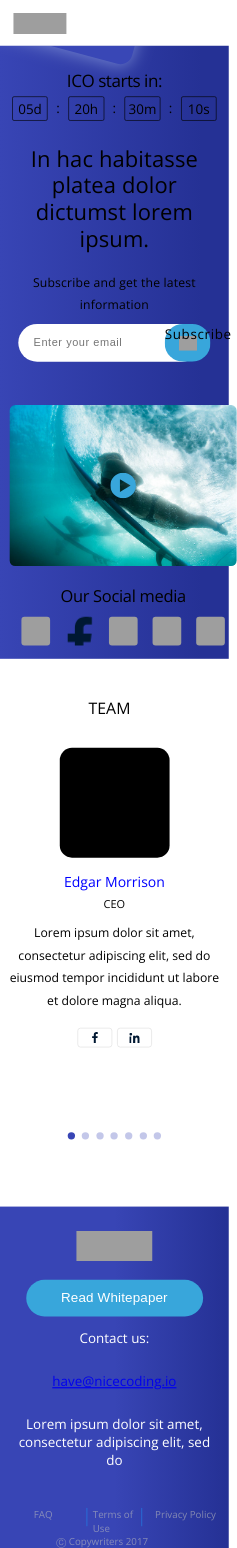
Repository: McGregorSt/newOne
Page: index.html
An editor plug-in stored every save of this project. The page is shown before and after the next save, followed by the edit.
The browser window is 375 px wide. The page is 388 px wide, so the pictures cover 388 px, including what lies to the right of the window. The pictures show the whole page, at 61% of full size.
Pictures or frames that could not be fetched are drawn as grey boxes.

Above is the page before, as saved 2019-12-18 09:20:55.

### index.html
<!DOCTYPE html>
<html lang="en">
<head>
  <meta charset="UTF-8">
  <meta name="viewport" content="width=device-width, initial-scale=1.0">
  <meta http-equiv="X-UA-Compatible" content="ie=edge">
  <link rel="stylesheet" href="css/style.css">
  <link href="https://fonts.googleapis.com/css?family=Open+Sans:300,300i,400,400i,600,600i,700,700i,800,800i&display=swap" rel="stylesheet">
  <script
  src="https://code.jquery.com/jquery-3.4.1.js"
  integrity="sha256-WpOohJOqMqqyKL9FccASB9O0KwACQJpFTUBLTYOVvVU="
  crossorigin="anonymous"></script>
  <title>Ethworks</title>
</head>
<body>
    <section class="modal">
      <div class="modal__content">
        <iframe src="" frameborder="0" id="youtube"></iframe>
        <div class="overlay"></div>
      </div>
    </section>
    <section class="header">
      <div class="header__logo"></div>
      <ul class="header__menu">
        <li class="header__menu__item"><a href="#">Home</a></li>
        <li class="header__menu__item"><a href="#">Team</a></li>
        <li class="header__menu__item"><a href="#">Contact</a></li>
      </ul>
    </section>
    <section class="main">
        <div class="wrapper">
        <div class="subs">
          <div class="subs__timer">
            <span class="subs__timer__header">ICO starts in:</span>
            <div class="subs__timer__global">
              <div class="subs__timer__item subs__timer__item__dd">05d</div>
              <div class="subs__timer__item">:</div>
              <div class="subs__timer__item subs__timer__item__hh">20h</div>
              <div class="subs__timer__item">:</div>
              <div class="subs__timer__item subs__timer__item__mm">30m</div>
              <div class="subs__timer__item">:</div>
              <div class="subs__timer__item subs__timer__item__ss">15s</div>
            </div>
          </div>
          <div class="subs__article">In hac habitasse platea dolor dictumst lorem ipsum.</div>
          <div class="subs__email">
            <span class="subs__email__header">Subscribe and get the latest information</span>
            <div class="subs__email__content">
              <input type="email" class="subs__email__input" placeholder="Enter your email">
              <div class="subs__email__button">Subscribe</div>
            </div>
          </div>
        </div>

      <div class="media">
        <div class="media__media">
          <div class="media__player">
            <svg xmlns="http://www.w3.org/2000/svg" width="24" height="24" viewBox="0 0 24 24"><path d="M12 0c-6.627 0-12 5.373-12 12s5.373 12 12 12 12-5.373 12-12-5.373-12-12-12zm-3 18v-12l10 6-10 6z"/></svg>
          </div>
          <div class="media__social">
            <span class="media__social__header">Our Social media</span>
            <div class="media__social__items">
              <div class="media__social__item media__social__tt"></div>
              <div class="media__social__item media__social__fb"></div>
              <div class="media__social__item media__social__md"></div>
              <div class="media__social__item media__social__gh"></div>
              <div class="media__social__item media__social__mail"></div>
            </div>
          </div>
        </div>
    </div>
    </div>
    <div class="subs__subs"></div>
    </section>
    <section class="team">
      <div class="team__header">TEAM</div>
      <div class="team__cards">
        <div class="team__card">
          <div class="team__card__photo"></div>
          <div class="team__card__name">Edgar Morrison</div>
          <div class="team__card__title">CEO</div>
          <div class="team__card__description">Lorem ipsum dolor sit amet, consectetur adipiscing elit, sed do eiusmod tempor incididunt ut labore et dolore magna aliqua. </div>
          <div class="team__card__social">
            <div class="card__social__fb"></div>
            <div class="card__social__in"></div>
          </div>
        </div>
        <div class="team__card">
          <div class="team__card__photo"></div>
          <div class="team__card__name">Mae Martin</div>
          <div class="team__card__title">CTO</div>
          <div class="team__card__description">Lorem ipsum dolor sit amet, consectetur adipiscing elit, sed do eiusmod tempor incididunt ut labore et dolore magna aliqua. </div>
          <div class="team__card__social">
            <div class="card__social__fb"></div>
            <div class="card__social__in"></div>
          </div>
        </div>
        <div class="team__card">
          <div class="team__card__photo"></div>
          <div class="team__card__name">David Banks</div>
          <div class="team__card__title">CFO</div>
          <div class="team__card__description">Lorem ipsum dolor sit amet, consectetur adipiscing elit, sed do eiusmod tempor incididunt ut labore et dolore magna aliqua.</div>
          <div class="team__card__social">
            <div class="card__social__fb"></div>
            <div class="card__social__in"></div>
          </div>
        </div>
        <div class="team__card">
          <div class="team__card__photo"></div>
          <div class="team__card__name">Frederick Parsons</div>
          <div class="team__card__title">COO</div>
          <div class="team__card__description">Lorem ipsum dolor sit amet, consectetur adipiscing elit, sed do eiusmod tempor incididunt ut labore et dolore magna aliqua.</div>
          <div class="team__card__social">
            <div class="card__social__fb"></div>
            <div class="card__social__in"></div>
          </div>
        </div>
      </div>
      <div class="team__slider">
        <div class="team__slider--item"></div>
        <div class="team__slider--item"></div>
        <div class="team__slider--item"></div>
        <div class="team__slider--item"></div>
        <div class="team__slider--item"></div>
        <div class="team__slider--item"></div>
        <div class="team__slider--item"></div>
      </div>
    </section>
    <section class="footer">
      <div class="footer__main">
        <div class="footer__main__logo"></div>
        <!-- <div class="footer__main__whitepaper"> -->
          <a href="#">
            <button type="button" class="header__whitepaper__button">Read Whitepaper</button>
          </a>
        <!-- </div> -->
      </div>
        <div class="footer__contact">
          <span>Contact us:</span>
          <span><a href="mailto:#" class="footer__contact--a">have@nicecoding.io</a></span>
          <span>Lorem ipsum dolor sit amet, consectetur adipiscing elit, sed do</span>
        </div>


      <div class="footer__menu">
          <span class="footer__menu--span">&#9400 Copywriters 2017</span>
        <div class="footer__menu--menu">
          <div class="footer__menu__separator"></div>
          <div class="footer__menu__item">
            <a href="#" class="menu__item--a">FAQ</a>
          </div>
          <div class="footer__menu__separator"></div>
          <div class="footer__menu__item">
            <a href="#">Terms of Use</a>
          </div>
          <div class="footer__menu__separator"></div>
          <div class="footer__menu__item">
            <a href="#">Privacy Policy</a>
          </div>
        </div>
      </div>
    </section>
  </div>
</body>
<script src="js/app.js">


</script>
</html>

### css/style.css
body {
  margin: 0;
  padding: 0;
  box-sizing: border-box;
  font-family: 'Open Sans', sans-serif;
  overflow-y: scroll;
}
/* section header */
.header {
  height: 95px;
  margin: auto;
  margin-top: -5px;
  display: flex;
  justify-content: space-between;
  align-items: center;
  padding: 0 180px;
}
.header__logo {
  width: 125px;
  height: 50px;
  background-image: url('../Assets/logo/dark.svg');
  background-size: cover;
  position: relative;
  left: -5px;
  top: 3px;
}

.header__menu {
  list-style: none;
  display: flex;
  letter-spacing: 1.1px;
  /* font-weight: 300; */
  /* justify-content: space-between; */
  font-size: 20px;
}

@media (max-width: 414px) {

  .header {
    height: 80px;
    padding: 0;
  }
  .header__logo {
    top: 4px;
    left: 3px;
    /* height: 45px; */
    background-position: left center;
    transform: scale(0.7);
  }
  .header__menu {
    display: none;
  }
}

.header__menu__item a {
  padding: 0 0 0 54px;
  text-decoration: none;
  color: #000;
}

/*

section main

*/
.main {
  height: 935px;
  background: linear-gradient(90deg, rgba(56,69,181,1) 0%, rgba(37,49,149,1) 88%);

}

.wrapper {
  display: flex;
  position: relative;

}


.wrapper:after {
  content: "";
  width: 100%;
  height: 100%;
  background-image: url('../Assets/BG/Shape1@1x.svg');
  background-repeat: no-repeat;
  background-size: 75%;
  background-position-y: -95px;
  background-position-x: -10px;
  position: absolute;
  z-index: 2;
  /* filter: url('../Assets/BG/Shape1@1x.svg#filter-2')  */
}

.subs {

  width: 50%;
  font-size: 28px;
  display: flex;
  flex-direction: column;
  padding: 90px 0 60px 175px;
  position: relative;
  z-index: 99;
}
.subs__subs {
  /* width: 50%; */
  height: 800px;
  background-image: url('../Assets/BG/Shape2@1x.svg');
  background-size: 47%;
  top: -730px;
  left: -200px;
  background-position-y: -260px;
  background-position-x: 170px;
  background-repeat: no-repeat;
  position: relative;
  z-index: 1;
  /* filter: url('../Assets/BG/Shape2@1x.svg#filter-2') */
}


.subs__timer {
  /* background-color: thistle; */
  position: relative;
  z-index: 1;
}
.subs__timer__header {
  letter-spacing: -0.8px;
}
.subs__timer__global {
  width: 56.4%;
  display: flex;
  justify-content: space-between;
  padding: 15px 0 40px 0 ;
}
.subs__timer__global > div {
  width: 88px;
  height: 65px;
  display: flex;
  justify-content: center;
  align-items: center;
}
.subs__timer__item:nth-child(2n+2) {

}
.subs__timer__global > div:nth-child(2n+1) {
  width: 40%;
  border: 1px solid #000;
  font-size: 36px;
  border-radius: 7px;
}
.subs__article {
  font-size: 54px;
  letter-spacing: 0.2px;
  line-height: 83px;
  padding: 35px 0;
  /* background-color: wheat; */

}

.subs__email {
  /* background-color: yellow; */
  display: flex;
  flex-direction: column;
  font-size: 22px;
  letter-spacing: 0.3px;
  padding: 60px 0;
}
.subs__email__content {
  height: 100px;
  padding: 30px 0;
  display: flex;
}
.subs__email__input {
  height: 60%;
  width: 67%;
  border-radius: 40px;
  font-size: 22px;
  padding-left: 25px;
  letter-spacing: 0.9px;
  outline: none;
  border: 0;
}
.subs__email__input::placeholder {
  /* padding-left: 25px; */
}
.subs__email__button {
  height: 65%;
  width: 20%;
  background-color:#38A6DB;
  font-size: 22px;
  letter-spacing: 1.05px;
  border: 0;
  border-radius: 30px;
  position: relative;
  left: -200px;
}
.subs__email--sender {
  width: 50px;
  height: 50px;

  background-image: url('../Assets/Icon/Subscribe@1x.svg');
  background-size: cover;
  background-color: aliceblue;
}

@media (max-width: 414px) {
  .main {
    height: 1005px;

  }
  .wrapper {
    flex-wrap: wrap;
  }
  .subs {
    width: 100%;
    padding: 0;
    flex-direction: column;
    justify-self: center;

  }
  .subs > * {
    text-align: center;
    padding: 20px;
  }
  .subs__timer__header {
    position: relative;
    top: 17px;
  }
  .subs__timer__global {
    width: 100%;
    position: relative;
    top: 10px;
  }
  .subs__timer__global > div:nth-child(2n + 1) {
    width: 50%;
    height: 38px;
    font-size: 22px;
    border-radius: 3px;
  }
  .subs__timer__item:nth-child(2n) {
    font-size: 22px;
    height: 38px;
    width: 30%;
  }
  .subs__article {
    font-size: 36px;
    line-height: 44px;
    padding: 0 20px;
    position: relative;
    top: -10px;
  }
  .subs__email {
    padding: 0;
  }
  .subs__email__header {
    position: relative;
    top: 22px;
    font-size: 20px;
    padding: 0 20px;
    line-height: 36px;
  }
  .subs__email__content {
    justify-content: center;
    position: relative;
    top: 5px;
    /* padding: 0; */
  }
  .subs__email__input {
    width: 100%;
    position: relative;
    left: 30px;
    font-size: 18px;
    /* padding: 0; */
  }
  .subs__email__button {
    height: 62%;
    /* width: 18%; */
    position: relative;
    left: -30px;
    background-color: #38A6DB;
    background-image: url('../Assets/Icon/Subscribe@1x.svg');
    background-size: 40% 40%;
    background-position: center center;
    background-repeat: no-repeat;
    /* transform: scale(0.8); */
  }
  .subs__email__button:before {
    content: '';
    background-color: brown;
    width: 300px;
    height: 300px;
    z-index: 995;
  }
}

.modal {
  display: none;
}
#youtube {
  width: 800px;
  height: 500px;
  background: rgb(0, 0, 0);
  position: absolute;
  left: 50%;
  top: 50%;
  transform: translate(-50%, -50%);
  z-index: 999;
}
.overlay {
  display: block;
  width: 100%;
  height: 100%;
  background: rgba(0, 0, 0, 0.4);
  position: fixed;
  top: 0;
  left: 0;
  z-index: 998;
}
.media {
  /* height: 80%; */
  width: 50%;
  /* background-color: tomato; */
}
.media__media {
  height: 100%;
  /* display: flex;
  flex-direction: column; */
  /* justify-content: space-around; */
  padding: 235px 0 0 60px;
}
.media__player {
  width: 620px;
  height: 440px;
  display: flex;
  justify-content: center;
  align-items: center;
  background-color: rgba(15, 51, 47, 0.411);
  background-image: url('../Assets/player/27230166476_3c7a942ccc_c.jpg');
  position: relative;
  z-index: 20;
}
.media__player svg {
  width: 70px;
  height: 70px;
  fill: #38A6DB;
}
.media__social {
  width: 620px;
  height: 23%;
  display: flex;
  flex-direction: column;
  align-items: flex-end;
  justify-content: center;
  /* background-color: orangered; */
}
.media__social__header {
  font-size: 26px;
  padding: 80px 0 16px 0;

}
.media__social__items {
  width: 56.3%;
  display: flex;
  justify-content: space-between;
}
.media__social__item {
  width: 47px;
  height: 47px;
  border-radius: 5px;
  background-size: cover;
}
.media__social__tt {
  background-image: url('../Assets/Social icons/Twitter@1x.svg');
}
.media__social__fb {
  background-image: url('../Assets/Social icons/Facebook@1x.svg');
}
.media__social__md {
  background-image: url('../Assets/Social icons/Medium@1x.svg');
}
.media__social__gh {
  background-image: url('../Assets/Social icons/Github@1x.svg');
}
.media__social__mail {
  background-image: url('../Assets/Social icons/Telegram@1x.svg');
}

@media (max-width: 414px) {
  .media {
    height: 20px;
  }
  .media__media {
    transform: scale(0.5);
    padding: 0;
    margin: 0;
  }
  .media__player {
    transform: scale(1.2);
    border-radius: 15px;
    position: relative;
    top: 50px;
  }
  .media__social {
    justify-content: center;
    align-items: center;
    margin-top: 200px;
  }
  .media__social__header {
    font-size: 54px;
    letter-spacing: -1px;
  }
  .media__social__items {
    width: 100%;
    margin-top: 40px;
  }
  .media__social__item {
    transform: scale(2);
  }
}


/*
section team
*/

.team {
  display: flex;
  flex-direction: column;
  align-items: center;
  padding: 95px 0 50px 0;
}
.team__header {
  font-size: 26px;
  position: relative;
  left: 20px;
}
.team__cards {
  display: flex;
  justify-content: space-between;
  padding: 60px 0;
}
.team__card {
  height: 500px;
  width: 360px;
  display: flex;
  flex-direction: column;
  justify-content: space-between;
  align-items: center;
  margin: 0 10px;
  /* background-color: palegreen; */
  padding: 5px 10px
}
.team__card__photo {
  width: 180px;
  height: 180px;
  border-radius: 20px;
  background-color: black;

}
.team__card__name {
  font-size: 23px;
  color: blue;
  /* position: relative;
  top: -10px; */
}
.team__card__title {
  font-size: 18px;
  position: relative;
  top: -20px;
}
.team__card__description {
  font-size: 20px;
  text-align: center;
  line-height: 38px;
  position: relative;
  top: -10px;
  padding: 0 5px;
}
.team__card__social {
  display: flex;
  justify-content: space-between;
}
.team__card__social > * {
  width: 55px;
  height: 30px;
  border: 1px solid #ddd;
  border-radius: 5px;
  margin: 4px;
}
.card__social__fb {
  background-image: url('../Assets//Profil/Facebook@1x.svg');
  background-position: center center;
  background-size:20%;

  background-repeat: no-repeat;
}
.card__social__in {
  background-image: url('../Assets//Profil/linkedin@1x.svg');
  background-position: center center;
  background-size:30%;
  background-repeat: no-repeat;

}
.team__slider {
  display: none;
}

@media (max-width: 414px) {
  .team {
    padding: 0;
  }
  .team__header {
    top: 62px;
    left: -8px;
  }
  .team__card:nth-child(n+2) {
    display: none;
  }
  .team__card {
    position: relative;
    top: 45px;
  }
  .team__card__name {
    position: relative;
    top: 10px;
  }
  .team__card__title {
    margin-top: 25px;
  }
  .team__card__description {
    top: -15px;
    line-height: 37px;
  }
  .team__card__social {
    position: relative;
    top: -5px;
  }
  .team__slider {
    width: 44%;
    display: flex;
    justify-content: space-around;
    margin: 110px;
  }
  .team__slider--item {
    width: 12px;
    height: 12px;
    border-radius: 6px;
    background-color: rgba(56,69,181,0.3);
  }
  .team__slider--item:first-child {
    background-color: rgba(56,69,181,1);

  }
}






/*
section footer
*/

.footer {
  /* display: flex;
  flex-direction: column;
  align-items: center; */
  color: white;
  background: linear-gradient(90deg, rgba(56,69,181,1) 50%, rgba(37,49,149,1) 99%);
}
.footer__main {
  /* height: 410px; */
  display: flex;
  justify-content: space-between;
  padding: 0 180px;
}

/* .footer__header {
  height: 123px;
  width: 100%;
  background-color: cornflowerblue;
  display: flex;
  justify-content: space-between;
  align-items: center;
} */
.footer__main__logo {
  width: 10%;
  margin-top: 30px;
  width: 125px;
  height: 50px;
  background-image: url('../Assets/logo/Light.svg');
  background-size: cover;
  position: relative;
  left: -5px;
  top: 3px;

}
.footer__contact {
  width: 500px;
  height: 290px;
  margin: auto;
  /* background-color: crimson; */
  display: flex;
  flex-direction: column;
  align-items: center;
  /* position: relative; */
  /* left: - 90px; */
}
.footer__main__whitepaper {
  width: 19%;
  /* background-color: darkgreen; */
  /* padding-top: 33px; */
}



.footer__menu {
  height: 60px;
  /* background-color: darkgoldenrod; */
  width:55%;
  margin: auto;
  font-size: 19px;
  display: flex;
  justify-content: space-between;
  padding-top: 10px;
}
.header__whitepaper__button {
  height: 60px;
  width: 290px;
  background-color:#38A6DB;
  font-size: 22px;
  letter-spacing: 0.25px;
  border: 0;
  border-radius: 30px;
  position: relative;
  top: 30px;
  color: white;
}
.footer__contact > span {
  margin-bottom: 40px;
  font-size: 22px;
  text-align: center;
  position: relative;
  top: -5px;
  left: -15px;
}
.footer__main__contact > span > a {
  font-size: 26px;
  color: #1F86ED;
  letter-spacing: 0.7px;
  position: relative;
  top: -6px;
}
.footer__main__contact > span:last-child {
  font-size: 21px;
  top: -20px;
}
.footer__menu {
  color: rgba(189, 189, 189, 0.6);

}
.footer__menu__item, .footer__menu__item > a {
  width: 35%;
  display: flex;
  justify-content: center;
  color: rgba(189, 189, 189, 0.6);
  text-decoration: none;
}
.footer__menu--span {
  width: 25%;
  padding-right: 35px;
  margin-left: -20px;

}
.footer__menu__separator {
  width: 3px;
  height: 30px;
  background-color: #1F86ED;
}

@media (max-width: 414px) {
  .footer__main {
    padding: 40px 0 0 0;
    flex-direction: column;
    justify-content: center;
  }
  .footer__main > * {
    left: 0;
    top: 0;
    margin: auto;
  }
  .footer__contact {
    width: 90%;
    margin-top: 50px;
  }
  .footer__contact > span {
    top: 0;
    left: 0;
  }
  .footer__whitepaper__button {
    align-items: center;
  }
  .footer__menu {
    width: 100%;
    display: flex;
    flex-direction: column-reverse;
    font-size: 16px;
    align-content: center;
  }
  .footer__menu__item, .footer__menu__item > a {
    width: 80%;
  }
  .footer__menu__item:nth-child(4)  {
    width: 50%;
  }
  .footer__menu--menu {
    width: 100%;
    display: flex;
  }
  .footer__menu__separator:first-child {
    display: none;
  }
  .footer__menu--span {
    width: 100%;
    padding: 0;
    text-align: center;
  }
}

### js/app.js
let chi = document.querySelectorAll('.subs__timer__global:nth-child(2n+1)')
console.log(chi)

$(document).ready(function() {
  $('.media__player svg').on('click', function() {
   let src = 'https://www.youtube.com/embed/SJ7Q6Gd1rJE?autoplay=1&rel=0'
    $('#youtube').attr('src', src)
    $('.modal').toggleClass('overlay')
  })
  function modalHide() {
    $('#youtube').attr('src', '')
    $('.modal').toggleClass('overlay')

  }
  $('.overlay').on('click', modalHide)

  const initialWatch = {
    seconds: 15,
    minutes: 30,
    hours: 20,
    days: 5
  }

  const countDownWatch = {
    seconds: initialWatch.seconds,
    minutes: initialWatch.minutes,
    hours: initialWatch.hours,
    days: initialWatch.days
  }
  const seconds = $('.subs__timer__item__ss')
  const minutes = $('.subs__timer__item__mm')
  const hours = $('.subs__timer__item__hh')
  const days = $('.subs__timer__item__dd')

  const tick = 1000
  let sec = setInterval(() => {
    countDownWatch.seconds -= 1000 / 1000
    if (countDownWatch.seconds < 0){
      countDownWatch.minutes -= 1
      countDownWatch.seconds = 59
      if (countDownWatch.minutes < 0) {
        countDownWatch.hours -= 1
        countDownWatch.minutes = 59
        if (countDownWatch.hours < 0) {
          countDownWatch.days -= 1
          countDownWatch.hours = 23
        }
      }

    } else if (
      countDownWatch.days === 0 &&
      countDownWatch.hours === 0 &&
      countDownWatch.minutes === 0 &&
      countDownWatch.seconds === 0
      ) {
        clearInterval(sec)
      }

      // function toRender(units) {
      //   $(this) = units
      //   console.log(this.units)
      //   if (this.countDownWatch.units < 10){
      //     return this.units.html(`0${this.countDownWatch.units}s`)
      //   } else {
      //     return this.units.html(`${this.countDownWatch.units}s`)
      //   }
      // }

      seconds.html(countDownWatch.seconds < 10 ? `0${countDownWatch.seconds}s` : `${countDownWatch.seconds}s`)
      minutes.html(countDownWatch.minutes < 10 ? `0${countDownWatch.minutes}m` : `${countDownWatch.minutes}m`)
      hours.html(countDownWatch.hours < 10 ? `0${countDownWatch.hours}h` : `${countDownWatch.hours}h`)
      days.html(countDownWatch.days < 10 ? `0${countDownWatch.days}d` : `${countDownWatch.days}d`)
  }, tick)

    let windowWidth = window.screen.width
    const menuItem = $('.footer__menu__item')
    let faq = menuItem[0]
    let termsOfUse = menuItem[1]
    let contactUs = $('.footer__contact--a')

    if (windowWidth < 415) {
      $('.subs__email__button').html('')
      faq.innerText = 'Terms of Use'
      termsOfUse.innerText = 'FAQ'
      contactUs[0].innerText = 'hello@stay.io'
    }
    console.log($('.footer__menu__item'))
})

### Assets/BG/Shape1@1x.svg
<?xml version="1.0" encoding="UTF-8"?>
<svg width="1072px" height="582px" viewBox="0 0 1072 582" version="1.1" xmlns="http://www.w3.org/2000/svg" xmlns:xlink="http://www.w3.org/1999/xlink">
    <!-- Generator: Sketch 47.1 (45422) - http://www.bohemiancoding.com/sketch -->
    <title>BG/Shape1@1x</title>
    <desc>Created with Sketch.</desc>
    <defs>
        <path d="M982.285156,102 L982.285156,370.03125 L210.193802,575.356423 L210.193802,575.356423 C169.990097,586.047947 128.661819,562.429109 117.465781,522.362973 L-9.09494702e-13,102 L982.285156,102 Z" id="path-1"></path>
        <filter x="-16.7%" y="-32.3%" width="133.5%" height="169.1%" filterUnits="objectBoundingBox" id="filter-2">
            <feOffset dx="0" dy="11" in="SourceAlpha" result="shadowOffsetOuter1"></feOffset>
            <feGaussianBlur stdDeviation="53" in="shadowOffsetOuter1" result="shadowBlurOuter1"></feGaussianBlur>
            <feColorMatrix values="0 0 0 0 0.164705882   0 0 0 0 0.219607843   0 0 0 0 0.615686275  0 0 0 1 0" type="matrix" in="shadowBlurOuter1"></feColorMatrix>
        </filter>
    </defs>
    <g id="Page-1" stroke="none" stroke-width="1" fill="none" fill-rule="evenodd">
        <g id="FRONTENT-ZADANIE2">
            <g id="//BG" transform="translate(0.000000, -102.000000)">
                <g id="header-bg">
                    <g id="Rectangle">
                        <g id="BG/Shape1" transform="translate(491.142578, 339.963586) scale(-1, 1) translate(-491.142578, -339.963586) ">
                            <use fill="black" fill-opacity="1" filter="url(#filter-2)" xlink:href="#path-1"></use>
                            <use fill="#3947B6" fill-rule="evenodd" xlink:href="#path-1"></use>
                        </g>
                    </g>
                </g>
            </g>
        </g>
    </g>
</svg>

After the next save:
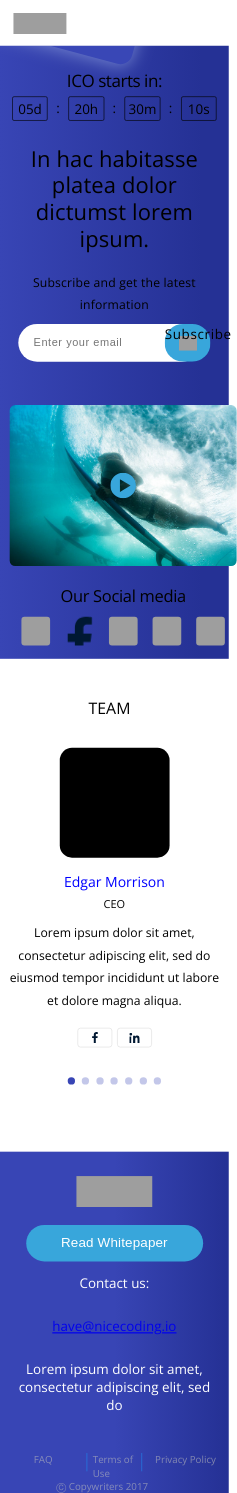
Saved 8 s later.
--- a/css/style.css
+++ b/css/style.css
@@ -537,7 +537,7 @@ section team
     width: 44%;
     display: flex;
     justify-content: space-around;
-    margin: 110px;
+    margin: 20px 0 110px;
   }
   .team__slider--item {
     width: 12px;
